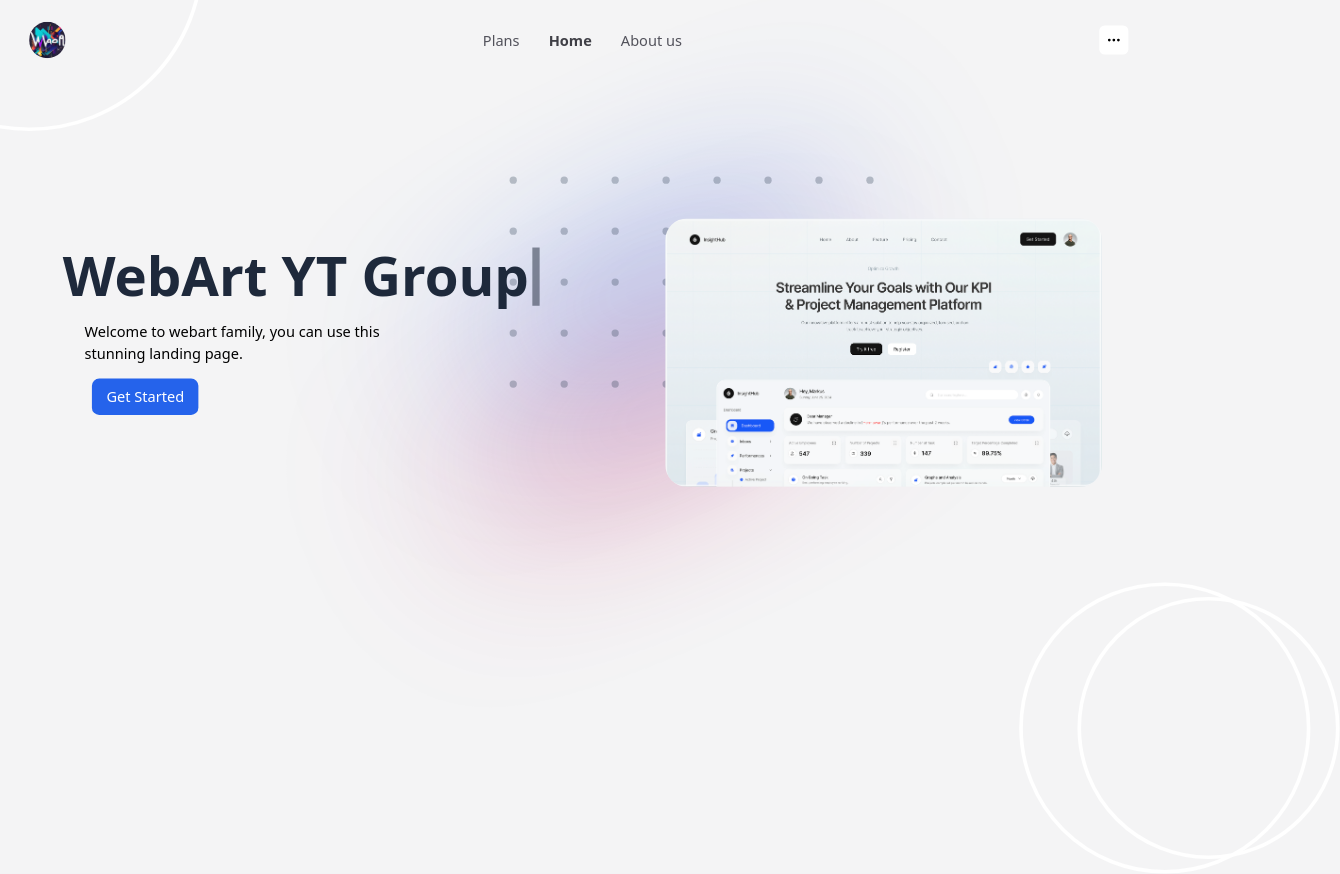
Repository: 30namp/youtube-web-art-code
Page: stunning landing page 1/index.html
These files come from the project's save history. The page is drawn as it stood at one moment and after the next save; the edit follows.
The browser window is 1280 px wide. The page is 1472 px wide, so the pictures cover 1472 px, including what lies to the right of the window. The pictures show the whole page, at 91% of full size.

Above is the page before, as saved 2024-09-26 21:36:38.

After the next save:
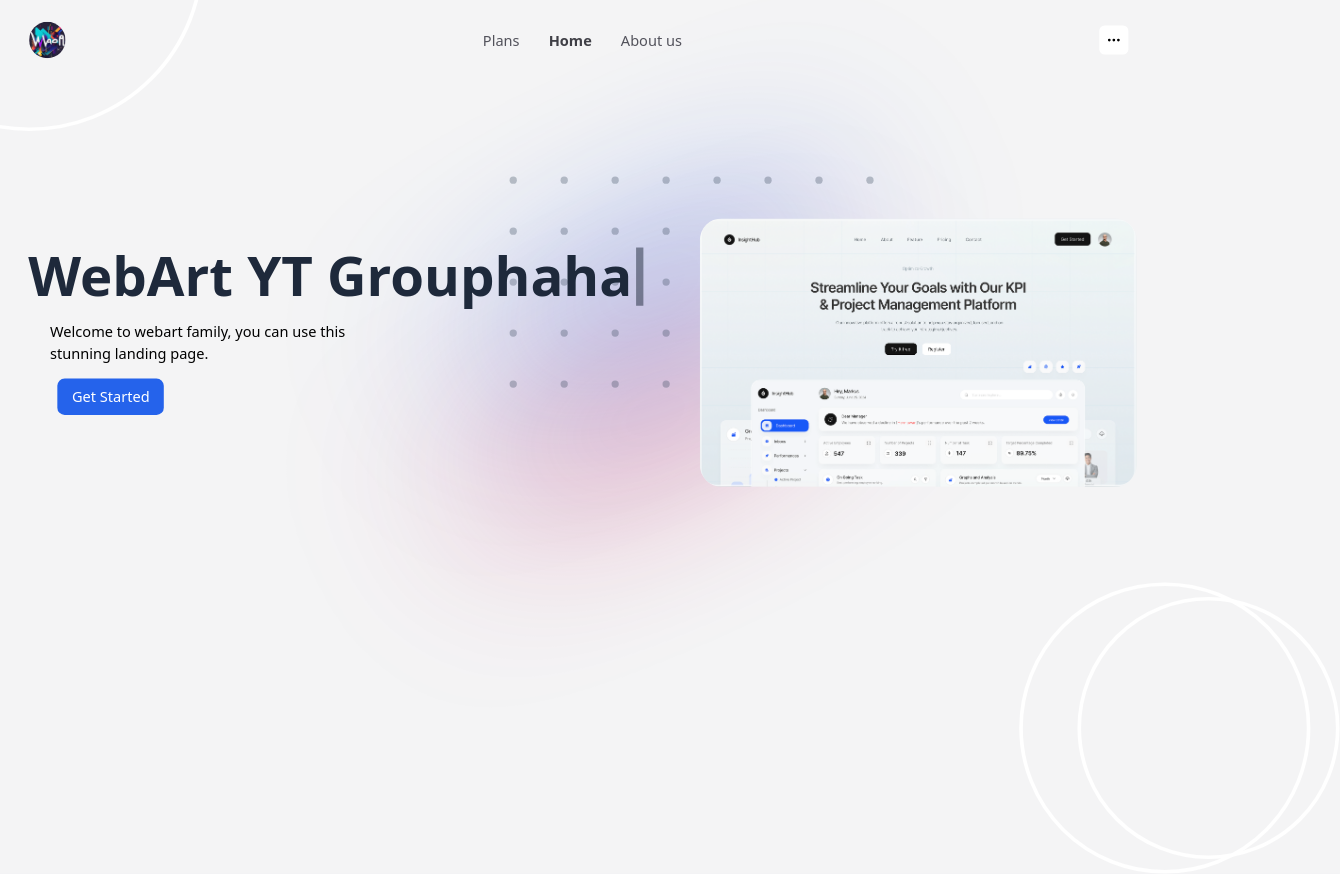
Saved 74 s later.
--- a/stunning landing page 1/index.html
+++ b/stunning landing page 1/index.html
@@ -102,7 +102,7 @@
     <div class="hero-section relative pt-60 flex justify-around items-start">
       <div class="content flex flex-col items-start gap-4 pt-8">
         <div class="text-6xl font-bold text-slate-800 flex gap-1">
-          <h1>WebArt YT Group</h1>
+          <h1 class="hero-title">WebArt YT Group</h1>
           <div class="h-16 w-2 bg-slate-800 animate-pulse"></div>
         </div>
         <p class="description w-96 ml-6">
@@ -118,3 +118,7 @@
     </div>
   </body>
 </html>
+<script>
+  let title = document.querySelector(".hero-title");
+  title.innerHTML += "haha";
+</script>

After the save that followed:
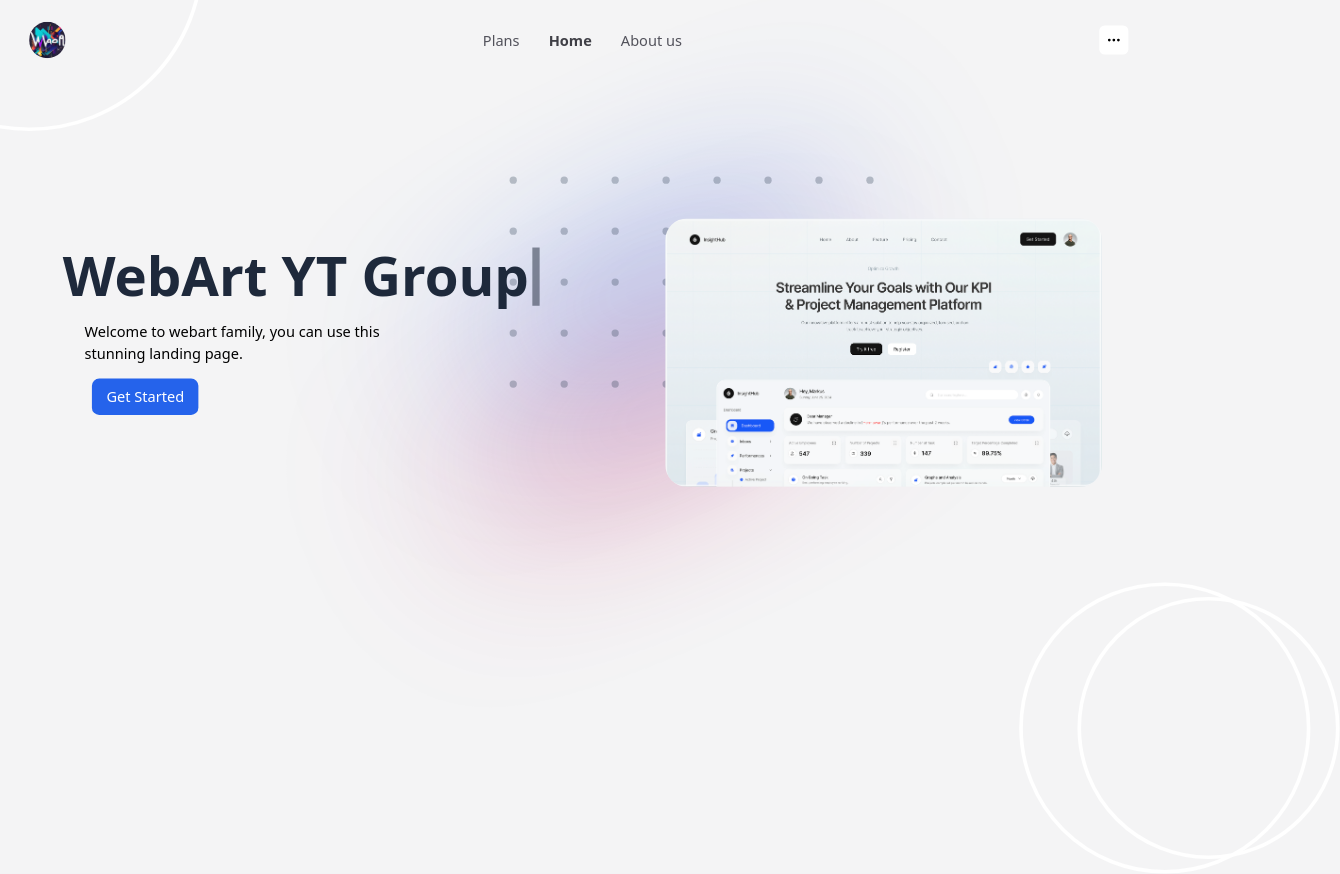
Saved 4 min 6 s later.
--- a/stunning landing page 1/index.html
+++ b/stunning landing page 1/index.html
@@ -102,7 +102,7 @@
     <div class="hero-section relative pt-60 flex justify-around items-start">
       <div class="content flex flex-col items-start gap-4 pt-8">
         <div class="text-6xl font-bold text-slate-800 flex gap-1">
-          <h1 class="hero-title">WebArt YT Group</h1>
+          <h1 class="hero-title">WebArt</h1>
           <div class="h-16 w-2 bg-slate-800 animate-pulse"></div>
         </div>
         <p class="description w-96 ml-6">
@@ -120,5 +120,19 @@
 </html>
 <script>
   let title = document.querySelector(".hero-title");
-  title.innerHTML += "haha";
+  let defaultText = title.innerText;
+  let textCompletter = " YT Group";
+  let counter = 0;
+  let direction = 1;
+  setInterval(() => {
+    if (counter == -1) direction = 1;
+    else if (counter == textCompletter.length) direction = -1;
+
+    counter += direction;
+
+    let text = defaultText;
+    for (let i = 0; i < textCompletter.length; i++) text += textCompletter[i];
+
+    title.innerText = text;
+  }, 200);
 </script>
